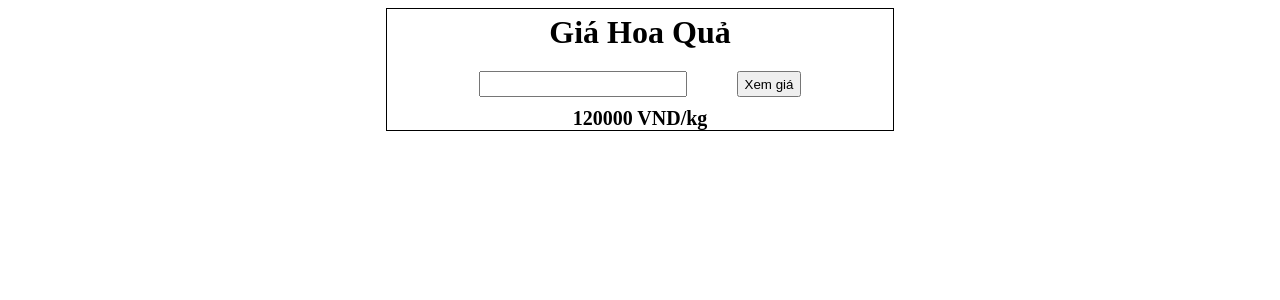
Repository: tungts3qb/BTCodeGym
Page: giahoaqua.html
These files come from the project's save history. The page is drawn as it stood at one moment and after the next save; the edit follows.
The browser window is 1280 px wide. The pictures show the whole page.

Above is the page before, as saved 2023-01-04 11:46:28.

### giahoaqua.html
<!DOCTYPE html>
<html lang="en">
  <head>
    <meta charset="UTF-8" />
    <meta http-equiv="X-UA-Compatible" content="IE=edge" />
    <meta name="viewport" content="width=device-width, initial-scale=1.0" />
    <title>Document</title>
  </head>
  <body>
    <style>
      .check-fruit-form {
        border: solid 1px black;
        max-width: 40%;
        margin: 0 auto;
        display: flex;
        flex-direction: column;
        justify-content: center;
        align-items: center;
      }

      h1 {
        margin: 0;
        margin-top: 5px;
        margin-bottom: 20px;
      }
      .input-box {
        margin-bottom: 10px;
      }
      #price {
        width: 200px;
        height: 20px;
      }
      .input-box {
        display: flex;
        flex-direction: row;
        justify-content: space-between;
        gap: 50px;
      }
      span {
        font-weight: bold;
        font-size: 20px;
      }
    </style>
    <div class="check-fruit-form">
      <h1>Giá Hoa Quả</h1>
      <div class="input-box">
        <input type="text" name="" id="price" />
        <button class="check-price">Xem giá</button>
      </div>
      <div class="result">
        <span><span class="result-price">120000</span> VND/kg</span>
      </div>
    </div>
    <script>
      let input = document.getElementById("price");
      let button = document.querySelector(".check-price");
      button.addEventListener("click", function () {
        // input.innerText
        console.log(input.value);
        switch (input.value) {
          case "Ổi":
            console.log("ổi");
            break;

          default:
            break;
        }
      });
    </script>
  </body>
</html>

After the next save:
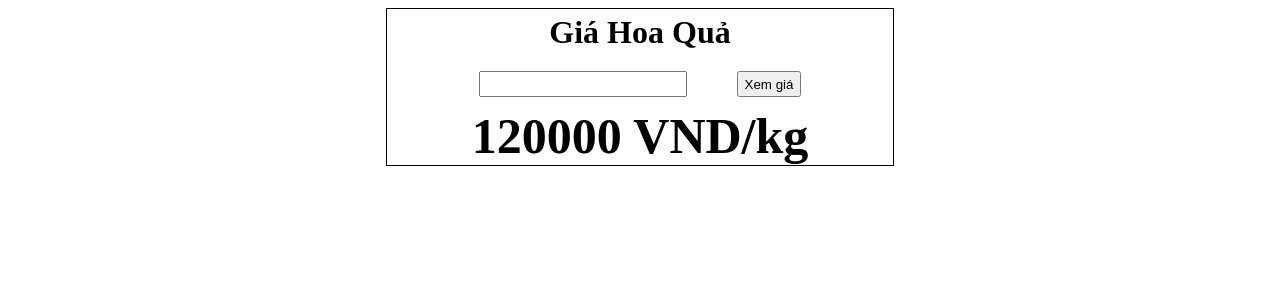
Saved 5 s later.
--- a/giahoaqua.html
+++ b/giahoaqua.html
@@ -38,7 +38,7 @@
       }
       span {
         font-weight: bold;
-        font-size: 20px;
+        font-size: 50px;
       }
     </style>
     <div class="check-fruit-form">
